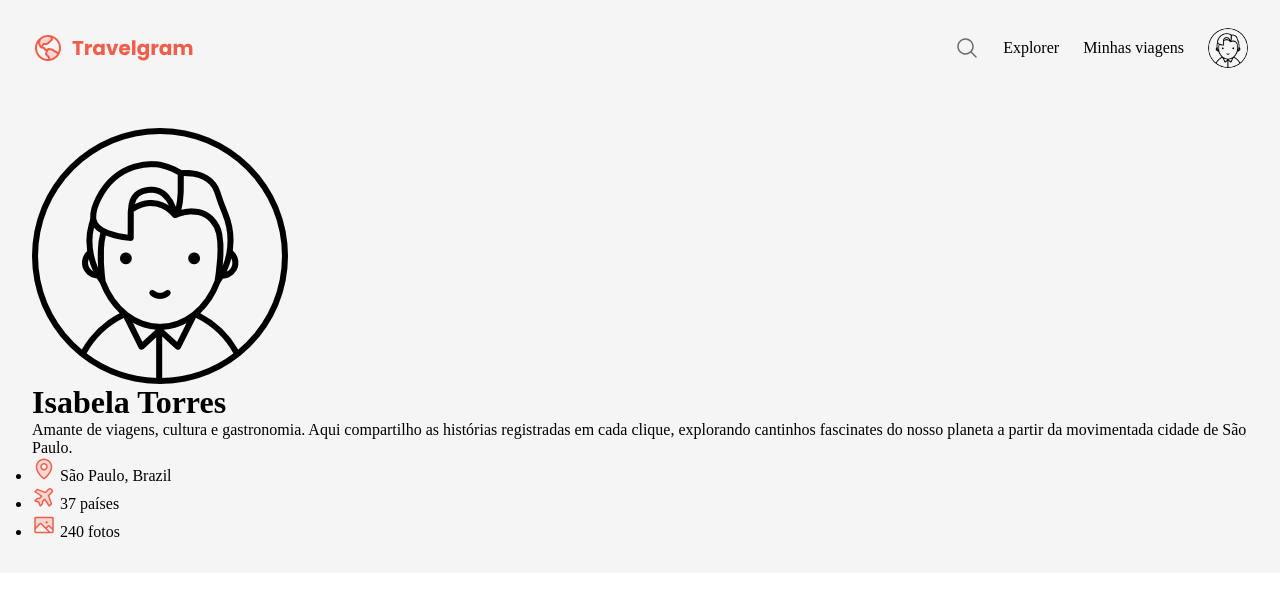
Repository: JeffRodFer/projeto-Travelgran-Rockeseat
Page: index.html
An editor plug-in stored every save of this project. The page is shown before and after a run of saves, followed by the edit.
The browser window is 1280 px wide. The pictures show the whole page.

Above is the page before, as saved 2025-03-22 15:18:00.

After the next 2 saves:
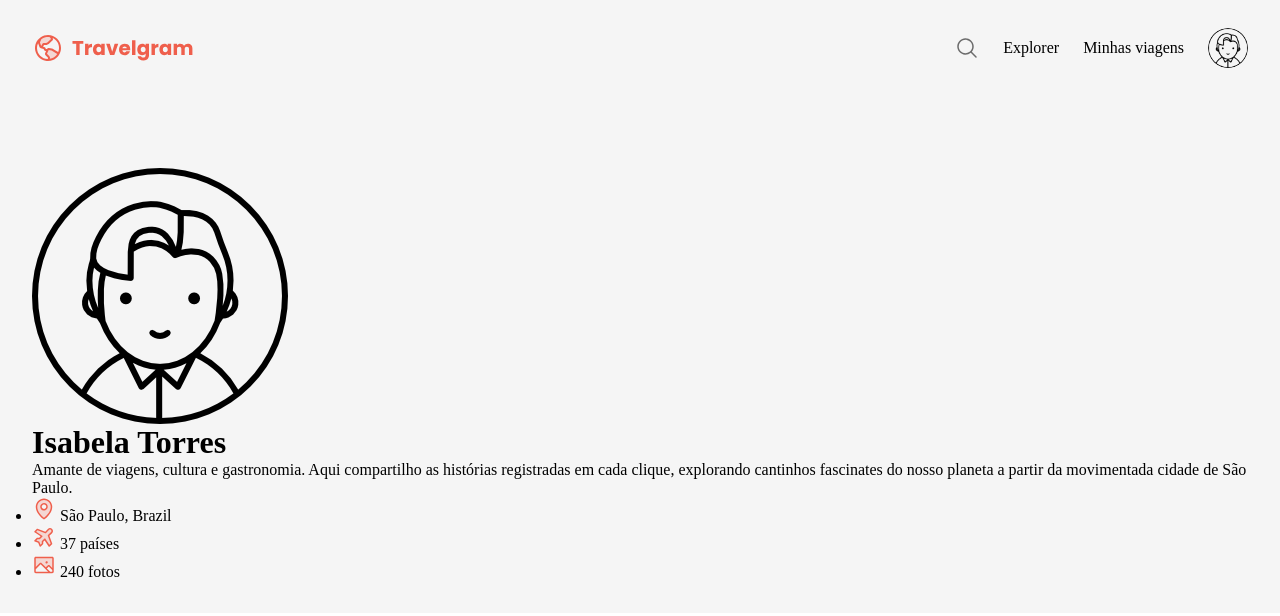
The 2 saves are shown as one change because they came seconds apart.
The last was saved 8 s later.
--- a/index.html
+++ b/index.html
@@ -35,7 +35,7 @@
          <div>
                 <header class="bg-surface-color">
                     <div class="container">
-
+                        <nav></nav>
                         <div id="profile">
                             <img src="assets/profi-pic-2.png" alt="imagem do boy">
                         </div>
